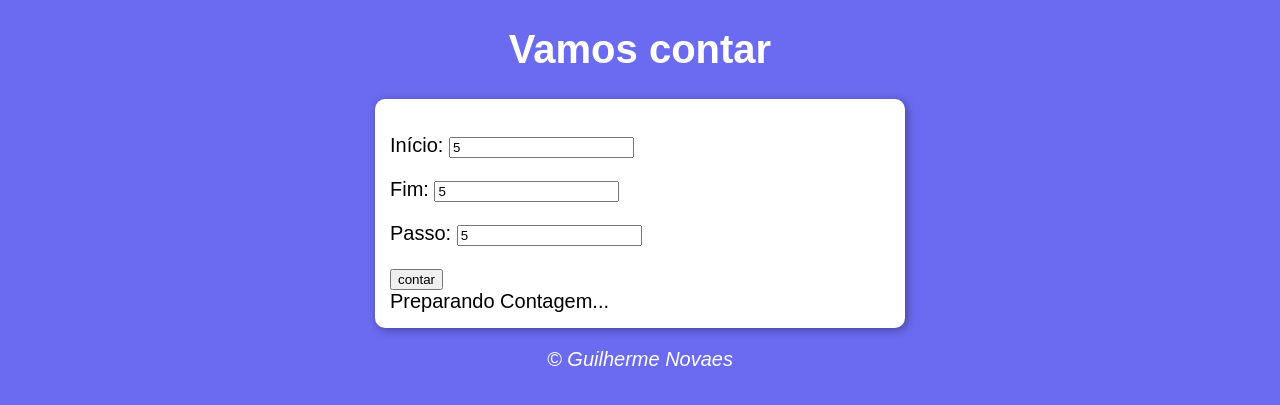
Repository: Guilherme-RNovaes/JavaScript-Curso
Page: Aula 14ex/ex016/index.html
These files come from the project's save history. The page is drawn as it stood at one moment and after the next save; the edit follows.
The browser window is 1280 px wide. The pictures show the whole page.
Empty fields were first filled with sample values (such as "Sample", 5 or name@example.com).
After loading, the first visible `#dados > input` was clicked once.

Above is the page before, as saved 2022-09-07 11:22:11.
Console error: SyntaxError: Unexpected token '{'

After the next save:
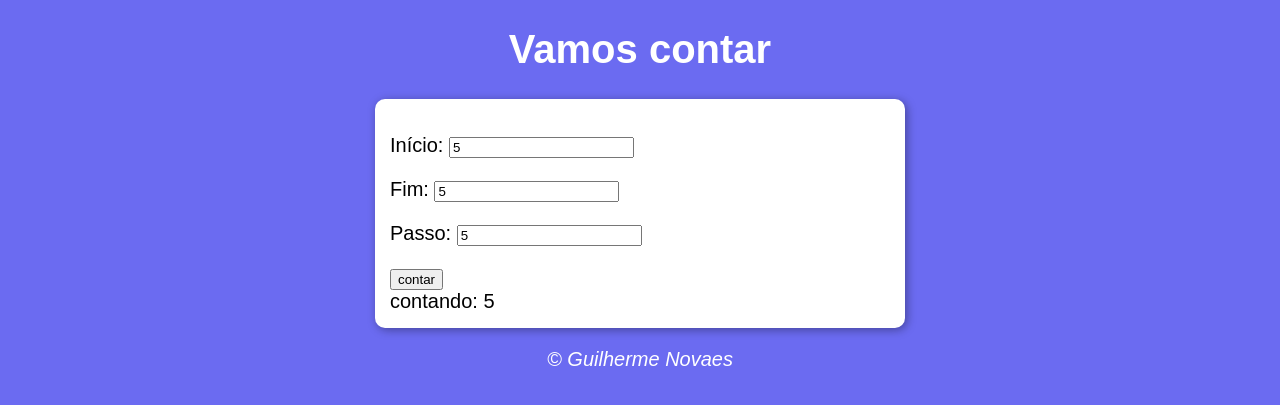
The error is gone.
Saved 25 s later.
--- a/Aula 14ex/ex016/script.js
+++ b/Aula 14ex/ex016/script.js
@@ -12,7 +12,7 @@ function contar(){
         let f = Number(fim.value)
         let p = Number(passo.value)
 
-        for(let c = i; c <= f; c += p{
+        for(let c = i; c <= f; c += p){
             res.innerHTML += `${c}`
         }
     }
